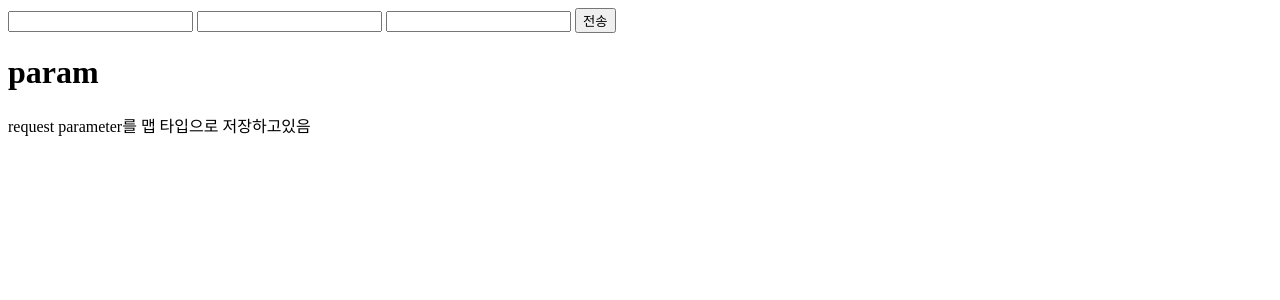
Repository: JJinBBangg/JSP
Page: http://localhost/jsp/ch11/lecture/05object/03param.jsp
An editor plug-in stored every save of this project. The page is shown before and after the next save, followed by the edit.
The browser window is 1280 px wide. The pictures show the whole page.
The page is served by Tomcat 9. Other server files are loaded and not shown.

Above is the page before, as saved 2023-04-03 06:48:21.

### jsp/src/main/webapp/ch11/lecture/05object/03param.jsp
<%@ page language="java" contentType="text/html; charset=UTF-8"
    pageEncoding="UTF-8"%>
<%@ page import="java.util.*"%>
<!DOCTYPE html>
<html>
<head>
<meta charset="UTF-8">
<title>Insert title here</title>
</head>
<body>
	<form action="03param.jsp">
		<input type="text" name="name"/>
		<input type="text" name="age"/>
		<input type="text" name="address"/>
		<input type="submit" value="전송" />
	</form>
	<h1>param</h1>
	<p>request parameter를 맵 타입으로 저장하고있음</p>
	<!--?name=jisung&age=40&address=seoul  -->
	${param.name}<br />
	${param.age}<br />
	${param.address}<br />
</body>
</html>

After the next save:
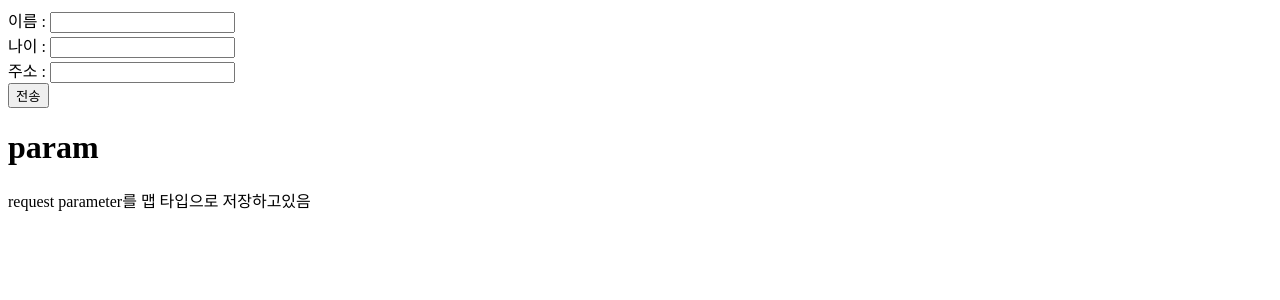
Saved 30 s later.
--- a/jsp/src/main/webapp/ch11/lecture/05object/03param.jsp
+++ b/jsp/src/main/webapp/ch11/lecture/05object/03param.jsp
@@ -9,9 +9,9 @@
 </head>
 <body>
 	<form action="03param.jsp">
-		<input type="text" name="name"/>
-		<input type="text" name="age"/>
-		<input type="text" name="address"/>
+		이름 : <input type="text" name="name"/><br />
+		나이 : <input type="text" name="age"/><br />
+		주소 : <input type="text" name="address"/><br />
 		<input type="submit" value="전송" />
 	</form>
 	<h1>param</h1>
